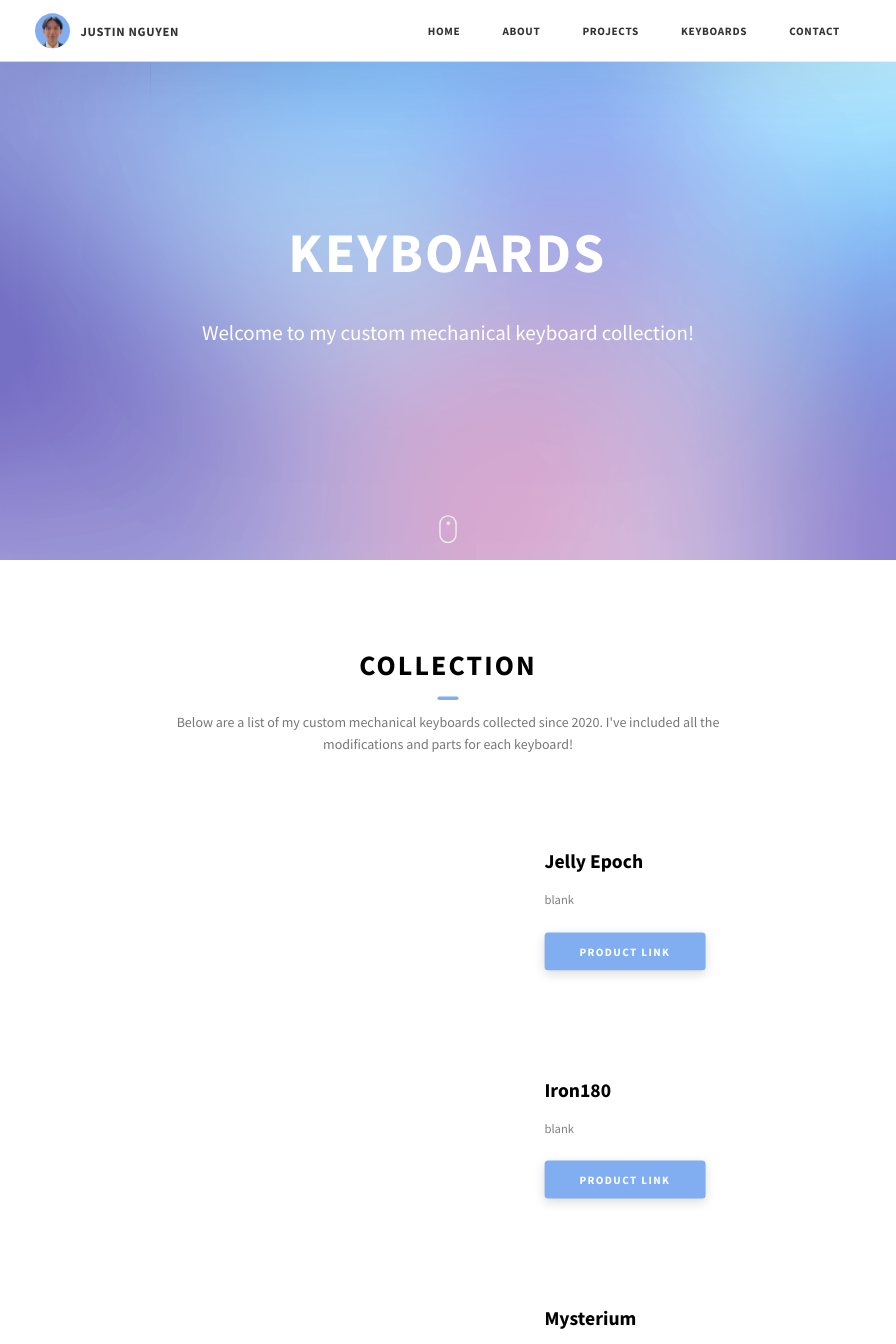
Repository: justinknguyen/Personal-Portfolio
Page: keyboards.html
The author's editor kept a copy of each file at every save. The page is drawn from the files as they stood at one save, then again after the next save.
The browser window is 1280 px wide. The pictures show the part of the page from y = 0 to 1920 px (the page is 2965 px tall), at 70% of full size.
The style sheet was rebuilt from its Sass, Less or Tailwind sources for each picture, by a compiler version that may differ from the author's.

Above is the page before, as saved 2022-09-10 17:05:29.
Console error: TypeError: Cannot read properties of undefined (reading 'style')

### keyboards.html
<!DOCTYPE html>
<html lang="en">
  <head>
    <meta charset="UTF-8" />
    <meta name="viewport" content="width=device-width, initial-scale=1.0" />
    <meta http-equiv="X-UA-Compatible" content="ie=edge" />
    <title>Keyboards</title>
    <meta name="description" content="Case study page of Project" />

    <link rel="stylesheet" href="css/style.css" />

    <link rel="preconnect" href="https://fonts.googleapis.com" />
    <link rel="preconnect" href="https://fonts.gstatic.com" crossorigin />
    <link
      href="https://fonts.googleapis.com/css2?family=Source+Sans+Pro:wght@400;600;700;900&display=swap"
      rel="stylesheet"
    />
  </head>
  <body>

    <!-- **** Header of Homepage **** -->
    <header class="header">
      <div class="header__content">
        <div class="header__logo-container">
          <div class="header__logo-img-cont">
            <img
              src="./assets/png/justin.png"
              alt="Ram Maheshwari Logo Image"
              class="header__logo-img"
            />
          </div>
          <span class="header__logo-sub">Justin Nguyen</span>
        </div>
        <div class="header__main">
          <ul class="header__links">
            <li class="header__link-wrapper">
              <a href="./index.html" class="header__link"> Home </a>
            </li>
            <li class="header__link-wrapper">
              <a href="./index.html#about" class="header__link">About </a>
            </li>
            <li class="header__link-wrapper">
              <a href="./index.html#projects" class="header__link">
                Projects
              </a>
            </li>
            <li class="header__link-wrapper">
              <a
                href="./keyboards.html"
                class="header__link"
                >Keyboards</a
              >
            </li>
            <li class="header__link-wrapper">
              <a href="./index.html#contact" class="header__link"> Contact </a>
            </li>
          </ul>
          <div class="header__main-ham-menu-cont">
            <img
              src="./assets/svg/ham-menu.svg"
              alt="hamburger menu"
              class="header__main-ham-menu"
            />
            <img
              src="./assets/svg/ham-menu-close.svg"
              alt="hamburger menu close"
              class="header__main-ham-menu-close d-none"
            />
          </div>
        </div>
      </div>
      <div class="header__sm-menu">
        <div class="header__sm-menu-content">
          <ul class="header__sm-menu-links">
            <li class="header__sm-menu-link">
              <a href="./index.html"> Home </a>
            </li>

            <li class="header__sm-menu-link">
              <a href="./index.html#about"> About </a>
            </li>

            <li class="header__sm-menu-link">
              <a href="./index.html#projects"> Projects </a>
            </li>

            <li class="header__sm-menu-link">
              <a
                href="./keyboards.html"
                >Keyboards</a
              >
            </li>

            <li class="header__sm-menu-link">
              <a href="./index.html#contact"> Contact </a>
            </li>
          </ul>
        </div>
      </div>
    </header>
    <!-- END Header -->


    <!-- **** Hero Section of Homepage **** -->
    <section class="home-hero">
      <div class="home-hero__content">
        <div class="container">
          <div class="typed-out">
            <h1 class="heading-primary">Keyboards</h1>
          </div>
        </div>
        <div class="home-hero__info">
          <p class="text-primary">
            Welcome to my custom mechanical keyboard collection!
          </p>
        </div>
      </div>
      <div class="home-hero__mouse-scroll-cont">
        <div class="mouse"></div>
      </div>
    </section>
    <!-- /END Hero Section -->


    <!-- **** Projects Section of Homepage **** -->
    <section id="projects" class="projects sec-pad">
      <div class="main-container">
          <h2 class="heading heading-sec heading-sec__mb-bg">
            <span class="heading-sec__main">Collection</span>
            <span class="heading-sec__sub">
              Below are a list of my custom mechanical keyboards collected since 2020.
              I've included all the modifications and parts for each keyboard!
            </span>
          </h2>

          <div class="projects__content">
            <div class="projects__row">
              <div class="projects__row-img-cont">
                <!-- <img
                  src="./assets/png/iot-1.png"
                  alt="Software Screenshot"
                  class="projects__row-img"
                  loading="lazy"
                  style="width: 50%; position: relative; left: 50%; transform: translateX(-50%);"
                /> -->
              </div>
              <div class="projects__row-content">
                <h3 class="projects__row-content-title">Jelly Epoch</h3>
                <p class="projects__row-content-desc">
                  blank
                </p>
                <a
                  rel="noreferrer" href="https://github.com/justinknguyen/IoT-Projects/blob/main/ESP32%20-%20Dinner/Dinner_ESP32.ino"
                  class="btn btn--med btn--theme dynamicBgClr"
                  target="_blank"
                  >Product Link</a
                >
              </div>
            </div>
            <div class="projects__row">
              <div class="projects__row-img-cont">
                <!-- <img
                  src="./assets/jpeg/ios-ss1.jpg"
                  alt="Software Screenshot"
                  class="projects__row-img"
                  loading="lazy"
                  style="width: 70%; position: relative; left: 50%; transform: translateX(-50%);"
                /> -->
              </div>
              <div class="projects__row-content">
                <h3 class="projects__row-content-title">Iron180</h3>
                <p class="projects__row-content-desc">
                  blank
                </p>
                <a
                  rel="noreferrer" href="https://github.com/justinknguyen/iOS-Messaging-App"
                  class="btn btn--med btn--theme dynamicBgClr"
                  target="_blank"
                  >Product Link</a
                >
              </div>
            </div>
            <div class="projects__row">
              <div class="projects__row-img-cont">
                <!-- <img
                  src="./assets/png/prisoner-ss.png"
                  alt="Software Screenshot"
                  class="projects__row-img"
                  loading="lazy"
                  style="width: 80%; position: relative; left: 50%; transform: translateX(-50%);"
                /> -->
              </div>
              <div class="projects__row-content">
                <h3 class="projects__row-content-title">Mysterium</h3>
                <p class="projects__row-content-desc">
                  blank
                </p>
                <a
                  rel="noreferrer" href="https://github.com/justinknguyen/prisoner-riddle"
                  class="btn btn--med btn--theme dynamicBgClr"
                  target="_blank"
                  >Product Link</a
                >
              </div>
            </div>
            <div class="projects__row">
              <div class="projects__row-img-cont">
                <!-- <img
                  src="./assets/png/piguide-ss.png"
                  alt="Software Screenshot"
                  class="projects__row-img"
                  loading="lazy"
                  style="width: 100%; position: relative; left: 50%; transform: translateX(-50%);"
                /> -->
              </div>
              <div class="projects__row-content">
                <h3 class="projects__row-content-title">Discipline</h3>
                <p class="projects__row-content-desc">
                  blank
                </p>
                <a
                  rel="noreferrer" href="https://github.com/justinknguyen/PiGuide"
                  class="btn btn--med btn--theme dynamicBgClr"
                  target="_blank"
                  >Product Link</a
                >
              </div>
            </div>
          </div>

      </div>
    </section>
    <!-- END Projects Section -->


    <!-- **** Footer Section **** -->
    <footer class="main-footer">
      <div class="main-container">
        <div class="main-footer__upper">
          <div class="main-footer__row main-footer__row-1">
            <h2 class="heading heading-sm main-footer__heading-sm">
              <span>Social</span>
            </h2>
            <div class="main-footer__social-cont">
              <a target="_blank" rel="noreferrer" href="https://www.linkedin.com/in/justin-nguyen-194339184">
                <img
                  class="main-footer__icon"
                  src="./assets/png/linkedin-ico.png"
                  alt="icon"
                />
              </a>
              <a target="_blank" rel="noreferrer" href="https://github.com/justinknguyen">
                <img
                  class="main-footer__icon main-footer__icon--mr-none"
                  src="./assets/png/github-ico2.png"
                  alt="icon"
                />
              </a>
            </div>
          </div>
          <div class="main-footer__row main-footer__row-2">
            <h4 class="heading heading-sm text-lt">Justin Nguyen</h4>
            <p class="main-footer__short-desc">
              M.Eng Software Engineering student with a background in Electrical Engineering. Always willing
              to learn and improve my skillset.
            </p>
            <p class="main-footer__short-desc">
              This website is hosted on my Raspberry Pi 4 Model B. You can view the steps
                I've gone through on my
                <u><a rel="noreferrer" href="https://github.com/justinknguyen/PiGuide" target="_blank">
                  Github repo</a></u>
                along with guides for many other applications!
            </p>
          </div>
        </div>

        <!-- If you give me some credit or shoutout here by linking to my website, then it will be a big thing for me and will help me a lot :) -->
        <div class="main-footer__lower">
          &copy; Copyright 2022. Made by
          <a rel="noreferrer" target="_blank" href="https://rammaheshwari.com"
            >Ram Maheshwari</a
          > modified by
          <a rel="noreferrer" target="_blank" href="https://justinknguyen.ca"
            >Justin Nguyen</a
          >.
        </div>
      </div>
    </footer>
    <!-- END Footer Section -->


    <script src="./index.js"></script>
  </body>
</html>

Loaded but not shown: index.js (68 lines, source omitted); css/style.css (919 lines, source omitted)

After the next save:
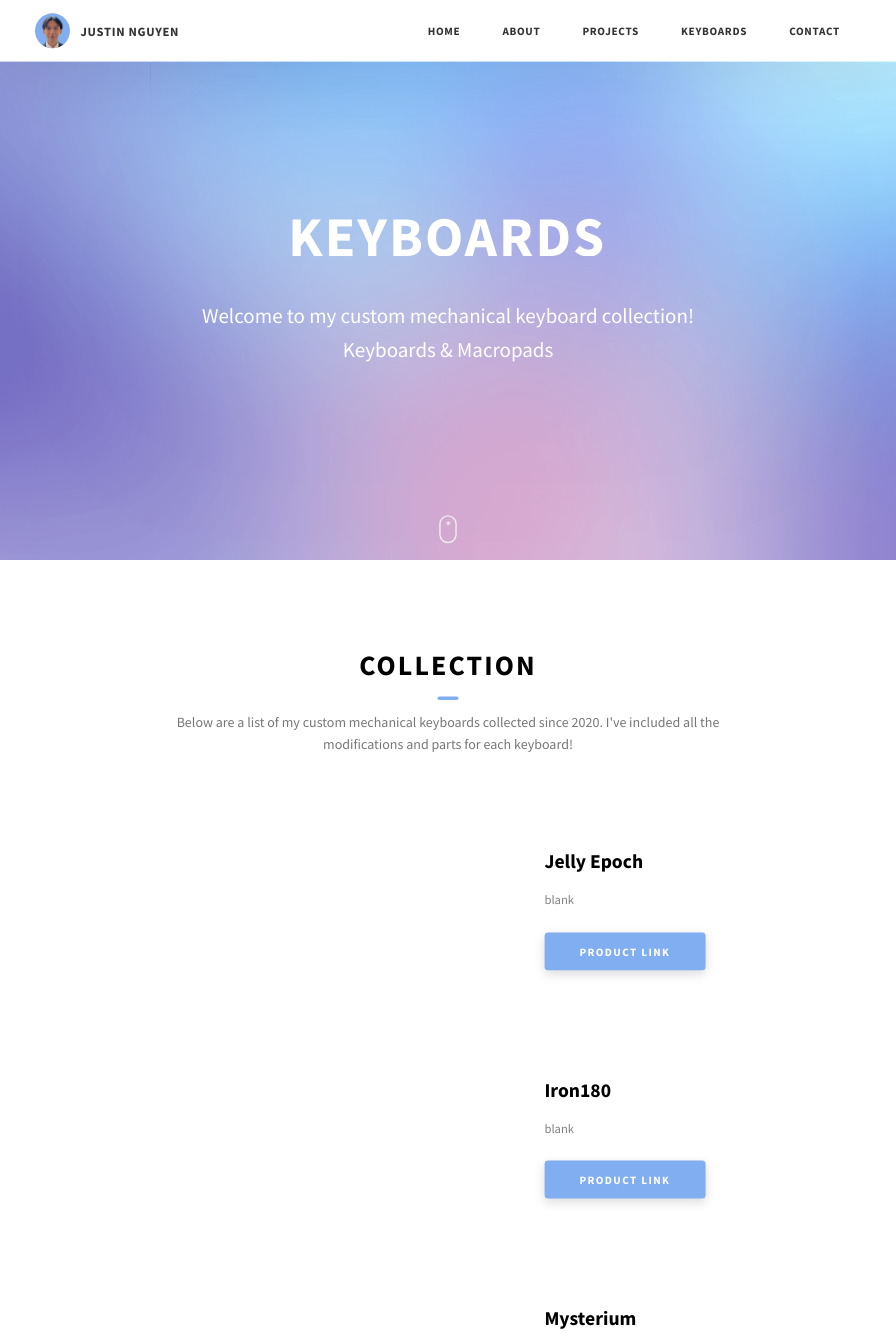
Saved 47 s later.
--- a/keyboards.html
+++ b/keyboards.html
@@ -112,6 +112,9 @@
         <div class="home-hero__info">
           <p class="text-primary">
             Welcome to my custom mechanical keyboard collection!
+          </p>
+          <p class="text-primary">
+            Keyboards & Macropads
           </p>
         </div>
       </div>
